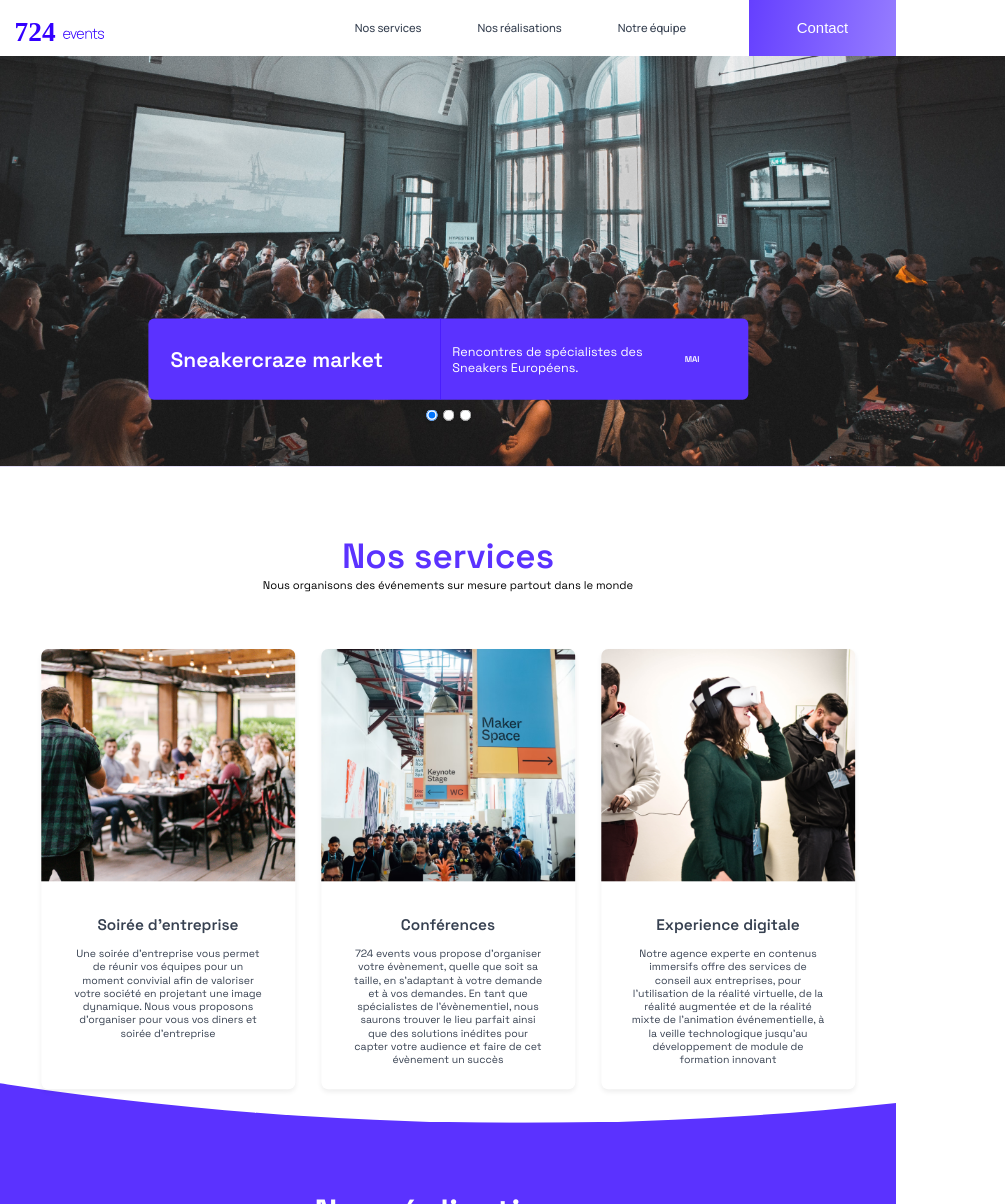
Repository: Dimple3377/Debuggez-une-application-React.JS-main
Page: /
These files come from the project's save history. The page is drawn as it stood at one moment and after the next save; the edit follows.
The browser window is 1280 px wide. The page is 1440 px wide, so the pictures cover 1440 px, including what lies to the right of the window. The pictures show the part of the page from y = 0 to 1720 px (the page is 6460 px tall), at 70% of full size.
The project was rebuilt for these pictures with package versions that can differ from the ones it lists, and the page was loaded fresh each time. Also part of the build but not shown: src/containers/Modal/style.scss, src/containers/ModalEvent/style.scss, src/containers/ModalEvent/index.js.

Above is the page before, as saved 2024-06-29 02:32:42.

### src/App.scss
@import url("https://fonts.googleapis.com/css2?family=Space+Grotesk:wght@300;400;600&display=swap");
@import url("https://fonts.googleapis.com/css2?family=Manrope:wght@200;400;500;700&family=Montserrat:wght@100;600;700&display=swap");

body {
  font-family: "Space Grotesk", sans-serif;
}
.App {
  text-align: center;
}

.App-logo {
  height: 40vmin;
  pointer-events: none;
}

@media (prefers-reduced-motion: no-preference) {
  .App-logo {
    animation: App-logo-spin infinite 20s linear;
  }
}

.App-header {
  background-color: #fff;
  min-height: 100vh;
  display: flex;
  flex-direction: column;
  align-items: center;
  justify-content: center;
  font-size: calc(10px + 2vmin);
  color: white;
}

.App-link {
  color: #61dafb;
}

@keyframes App-logo-spin {
  from {
    transform: rotate(0deg);
  }
  to {
    transform: rotate(360deg);
  }
}

.ListContainer {
  width: 90%;
  max-width: 1200px;
  display: flex;
  justify-content: space-around;
  flex-wrap: wrap;
  margin-top: 64px;
  margin-bottom: 64px;
}

### src/contexts/DataContext/index.js
import PropTypes from "prop-types";
import {
  createContext,
  useCallback,
  useContext,
  useEffect,
  useState,
} from "react";

const DataContext = createContext({});

export const api = {
  loadData: async () => {
    const json = await fetch("/events.json");
    return json.json();
  },
};

export const DataProvider = ({ children }) => {
  const [error, setError] = useState(null);
  const [data, setData] = useState(null);
  const getData = useCallback(async () => {
    try {
      setData(await api.loadData());
    } catch (err) {
      setError(err);
    }
  }, []);
  useEffect(() => {
    if (data) return;
    getData();
  });

  return (
    <DataContext.Provider
      // eslint-disable-next-line react/jsx-no-constructed-context-values
      value={{
        data,
        error,
      }}
    >
      {children}
    </DataContext.Provider>
  );
};

DataProvider.propTypes = {
  children: PropTypes.node.isRequired,
}

export const useData = () => useContext(DataContext);

export default DataContext;

### src/containers/Menu/index.js
/* eslint-disable no-return-assign */
import Button from "../../components/Button";
import Logo from "../../components/Logo";

import "./style.scss";

const Menu = () => (
  <nav>
    <Logo />
    <ul>
      <li>
        <a href="#nos-services">Nos services</a>
      </li>
      <li>
        <a href="#nos-realisations">Nos réalisations</a>
      </li>
      <li>
        <a href="#notre-equipe">Notre équipe</a>
      </li>
    </ul>
    <Button
      title="contact"
      onClick={() => (window.document.location.hash = "#contact")}
    >
      Contact
    </Button>
  </nav>
);

export default Menu;

### src/components/EventCard/index.js
import PropTypes from "prop-types";
import { getMonth } from "../../helpers/Date";

import "./style.scss";

const EventCard = ({
  imageSrc,
  imageAlt,
  date = new Date(),
  title,
  label,
  small = false,
  ...props
}) => (
  <div
    data-testid="card-testid"
    className={`EventCard${small ? " EventCard--small" : ""}`}
    {...props}
  >
    <div className="EventCard__imageContainer">
      <img data-testid="card-image-testid" src={imageSrc} alt={imageAlt} />
      <div className="EventCard__label">{label}</div>
    </div>
    <div className="EventCard__descriptionContainer">
      <div className="EventCard__title">{title}</div>
      <div className="EventCard__month">{getMonth(date)}</div>
    </div>
  </div>
);

EventCard.propTypes = {
  imageSrc: PropTypes.string.isRequired,
  imageAlt: PropTypes.string,
  date: PropTypes.instanceOf(Date).isRequired,
  title: PropTypes.string.isRequired,
  small: PropTypes.bool,
  label: PropTypes.string.isRequired,
};

EventCard.defaultProps = {
  imageAlt: "image",
  small: false,
  // Valeur par défaut pour `title`
};

export default EventCard;

### src/components/PeopleCard/index.js
import PropTypes from "prop-types";

import "./style.scss";

const PeopleCard = ({ imageSrc, imageAlt, position, name }) => (
    <div className="PeopleCard">
      <div className="PeopleCard__imageContainer">
        <img data-testid="card-image-testid" src={imageSrc} alt={imageAlt} />
      </div>
      <div className="PeopleCard__descriptionContainer">
        <div className="PeopleCard__name">{name}</div>
        <div className="PeopleCard__position">{position}</div>
      </div>
    </div>
  );

PeopleCard.propTypes = {
  imageSrc: PropTypes.string.isRequired,
  imageAlt: PropTypes.string,
  name: PropTypes.string.isRequired,
  position: PropTypes.string.isRequired,
};

PeopleCard.defaultProps = {
  imageAlt: "",
}

export default PeopleCard;

### src/pages/Home/style.scss
@import "src/colors.scss";

main {
  display: flex;
  flex-direction: column;
  align-items: center;
  background-color: $primary;
}

.ServicesContainer {
  display: flex;
  flex-direction: column;
  align-items: center;
  position: relative;
  width: 100%;
  > * {
    z-index: 1;
  }
  .ListContainer {
    width: 100%;
  }
  &::after {
    background-color: white;
    position: absolute;
    content: "";
    display: inline-block;
    width: 100%;
    height: 100%;
    bottom: 32px;
    z-index: 0;
    clip-path: ellipse(171% 100% at 58.47% 0%);
  }
}

.EventsContainer {
  background-color: $primary;
  display: flex;
  flex-direction: column;
  align-items: center;
  width: 100%;
  .Title {
    color: white;
  }
}

.PeoplesContainer {
  display: flex;
  flex-direction: column;
  align-items: center;
  flex-wrap: wrap;
  width: 100%;
  position: relative;
  > * {
    z-index: 1;
  }
  padding-bottom: 120px;
  &::after {
    background-color: white;
    position: absolute;
    content: "";
    display: inline-block;
    width: 100%;
    height: calc(100% - 32px);
    bottom: 32px;
    z-index: 0;
    clip-path: ellipse(171% 100% at 58.47% 0%);
  }
}
.FormContainer {
  display: flex;
  flex-direction: column;
  align-items: center;
  margin-bottom: 32px;
  .Title {
    color: white;
    margin-bottom: 64px;
  }
  span {
    color: white;
  }
  .Button {
    width: 207px;
    margin-top: 32px;
  }
}
.ListContainer {
  width: 90%;
  max-width: 1200px;
  display: flex;
  justify-content: space-around;
  flex-wrap: wrap;
  margin-top: 64px;
  margin-bottom: 64px;
}
.Title {
  font-size: 50px;
  font-family: "Space Grotesk", sans-serif;
  color: $primary;
  margin: 0;
  margin-top: 64px;
}
p {
  margin: 0;
}

.row {
  display: flex;
  justify-content: space-around;
}
.col {
  display: flex;
  flex-direction: column;
  margin: 16px;
}

.Pagination {
  a {
    color: white;
    text-decoration: none;
    display: inline;
    margin: 2px;
  }
  margin-bottom: 50px;
}

.SliderContainer {
  position: relative;
  display: flex;
  justify-content: center;
  top: -32px;
  background-color: white;
  width: 100%;
}

footer {
  padding: 0;
  .col {
    margin: 0;
    padding: 32px;

    &.contact {
      padding-left: 64px;
      div {
        padding-top: 16px;
      }
      address {
        padding-top: 8px;
      }

      svg {
        margin-right: 8px;
      }
    }
  }

  .presta {
    width: 35%;
    border-right: 1px solid rgba(91, 50, 255, 0.2);
  }

  .description {
    width: 45%;
    border-left: 1px solid rgba(91, 50, 255, 0.2);
    padding: 0px 64px 0px 64px;
  }

  address {
    text-decoration: none;
    text-transform: none;
    font-style: normal;
  }
}

.ModalMessage--success {
  font-family: "Manrope", sans-serif;
  padding: 32px;
  width: 600px;
  display: flex;
  justify-content: center;
  flex-direction: column;
  align-items: center;
  div {
    text-align: center;
    margin-bottom: 16px;
    font-weight: 600;
    color: $primary;
  }
  p {
    max-width: 360px;
  }
  box-shadow: 0px 4px 4px rgba(0, 0, 0, 0.05);
}

### src/containers/Slider/index.js
import { useEffect, useState } from "react";
import { useData } from "../../contexts/DataContext";
import { getMonth } from "../../helpers/Date";

import "./style.scss";

const Slider = () => {
  const { data } = useData();
  const [index, setIndex] = useState(0);
  const [isPaused, setIsPaused] = useState(false);
  const byDateDesc = [...(data?.focus || [])].sort((evtA, evtB) =>
    new Date(evtA.date) > new Date(evtB.date) ? -1 : 1
  );

  const nextCard = () => {
    if (!isPaused) {
      // Ne change l'index que si le slider n'est pas en pause
      setIndex(index + 1 < byDateDesc.length ? index + 1 : 0);
    }
  };
  // Utilisation d'un intervalle pour changer la carte toutes les 5 secondes
  useEffect(() => {
    const interval = setInterval(nextCard, 5000);
    return () => clearInterval(interval);
  }, [index, isPaused]);

  // Gestion de l'événement de la barre espace pour mettre en pause / reprendre
  useEffect(() => {
    const handleKeyPress = (event) => {
      if (event.key === " ") {
        setIsPaused((prevIsPaused) => !prevIsPaused);
      }
    };

    window.addEventListener("keydown", handleKeyPress);
    return () => {
      window.removeEventListener("keydown", handleKeyPress);
    };
  }, []);

  return (
    <div className="SlideCardList">
      {byDateDesc?.map((event, idx) => (
        <div key={event.date}>
          <div
            className={`SlideCard SlideCard--${
              index === idx ? "display" : "hide"
            }`}
          >
            <img src={event.cover} alt={event.title} />
            <div className="SlideCard__descriptionContainer">
              <div className="SlideCard__description">
                <h3>{event.title}</h3>
                <p>{event.description}</p>
                <div>{getMonth(new Date(event.date))}</div>
              </div>
            </div>
          </div>
          <div className="SlideCard__paginationContainer">
            <div className="SlideCard__pagination">
              {byDateDesc.map((_, radioIdx) => (
                <input
                  key={_.date}
                  type="radio"
                  name="radio-button"
                  checked={index === radioIdx}
                  readOnly
                />
              ))}
            </div>
          </div>
        </div>
      ))}
    </div>
  );
};

export default Slider;

### src/containers/Modal/index.js
import PropTypes from "prop-types";
import { useState } from "react";
import Icon from "../../components/Icon";
import "./style.scss";

const Modal = ({ opened, Content, children }) => {
  const [isOpened, setIsOpened] = useState(opened);
  return (
    <>
      {children({ isOpened, setIsOpened })}
      {isOpened && (
        <div className="modal">
          <div className="content">
            {Content}
            <button
              type="button"
              data-testid="close-modal"
              onClick={() => setIsOpened(false)}
            >
              <Icon name="close" />
            </button>
          </div>
        </div>
      )}
    </>
  );
};

Modal.defaultProps = {
  opened: false,
}

Modal.propTypes = {
  opened: PropTypes.bool,
  Content: PropTypes.node.isRequired,
  children: PropTypes.func.isRequired,
}

export default Modal;

### src/components/Button/index.js
import PropTypes from "prop-types";

import "./style.scss";

export const BUTTON_TYPES = {
  DEFAULT: 1,
  SUBMIT: 2,
};

const Button = ({ title, onClick, type, disabled, children }) => {
  switch (type) {
    case BUTTON_TYPES.DEFAULT:
      return (
        <button
          type="button"
          disabled={disabled}
          className="Button"
          data-testid="button-test-id"
          onClick={onClick}
          title={title}
        >
          {children}
        </button>
      );
    case BUTTON_TYPES.SUBMIT:
      return (
        <input
          disabled={disabled}
          className="Button"
          type="submit"
          data-testid="button-test-id"
          value={children}
          onClick={onClick}
          title={title}
        />
      );
    default:
      return (
        <button
          type="button"
          disabled={disabled}
          className="Button"
          data-testid="button-test-id"
          onClick={onClick}
          title={title}
        >
          {children}
        </button>
      );
  }
};

Button.propTypes = {
  title: PropTypes.string,
  onClick: PropTypes.func,
  type: PropTypes.number,
  disabled: PropTypes.bool,
  children: PropTypes.node,
};
Button.defaultProps = {
  disabled: false,
  onClick: () => null,
  type: BUTTON_TYPES.DEFAULT,
  title: "",
  children: null,
};

export default Button;

### src/helpers/Date/index.js
export const MONTHS = {
  /* décale les indices pour qu'ils correspondent à la valeur retournée par date.getMonth(). */
  0: "janvier",
  1: "février",
  2: "mars",
  3: "avril",
  4: "mai",
  5: "juin",
  6: "juillet",
  7: "août",
  8: "septembre",
  9: "octobre",
  10: "novembre",
  11: "décembre",
};

export const getMonth = (date) => MONTHS[date.getMonth()];

### src/components/EventCard/style.scss
@import "src/colors.scss";

.EventCard {
  position: relative;
  width: 363px;
  height: 336px;
  cursor: pointer;
  &--small {
    width: 274px;
    height: 190px;
    .EventCard__imageContainer {
      height: 126px;
      min-height: auto;
      overflow: hidden;
    }
    .EventCard__descriptionContainer {
      padding: 0;
      padding-top: 12px;
      font-size: 12px;
    }
    .EventCard__month {
      margin-top: 0;
      font-size: 8px;
    }
    .EventCard__label {
      font-size: 8px;
      width: 75px;
      height: 21px;
    }
  }
  background: #ffffff;
  box-shadow: 0px 4px 14px rgba(0, 0, 0, 0.12);
  border-radius: 10px 10px 0 0;
  overflow: hidden;
  margin: 16px;
  align-items: center;
  display: flex;
  flex-direction: column;
  &__label {
    position: absolute;
    right: 0;
    top: 0;
    background-color: $primary;
    font-size: 10px;
    width: 99px;
    height: 28px;
    display: flex;
    align-items: center;
    justify-content: center;
    color: white;
  }
  &__imageContainer {
    min-height: 252px;
    overflow: hidden;
  }
  &__descriptionContainer {
    color: $black;
    font-size: 15px;
    display: flex;
    flex-direction: column;
    align-items: flex-start;
    font-weight: 400;
    padding: 30px;
    width: 80%;
  }
  &__title {
    font-size: 16px;
    text-transform: capitalize;
  }
  &__month {
    text-transform: uppercase;
    font-size: 10px;
    font-weight: bold;
    margin-top: 8px;
  }
}

### src/components/PeopleCard/style.scss
@import "src/colors.scss";

.PeopleCard {
  position: relative;
  width: 288px;
  height: 438px;
  background: #ffffff;
  border-radius: 144px 144px 0 0;
  overflow: hidden;
  margin: 16px;
  align-items: center;
  display: flex;
  flex-direction: column;
  font-family: "Manrope", sans-serif;
  margin-bottom: 32px;
  &__imageContainer {
    min-height: 252px;
    overflow: hidden;
  }
  &__descriptionContainer {
    color: $black;
    font-size: 15px;
    display: flex;
    flex-direction: column;
    align-items: center;
    font-weight: 400;
    width: 80%;
  }
  &__name {
    font-size: 20px;
    font-weight: 500;
    text-transform: capitalize;
  }
  &__position {
    text-transform: capitalize;
    font-size: 20px;
    font-weight: bold;
    color: $primary;
  }
}

### src/containers/Slider/style.scss
@import "src/colors.scss";

.SlideCardList {
  position: relative;
  width: 100%;
  max-width: 1440px;
  height: 586px;
  .SlideCard {
    width: 100%;
    left: 0;
    top: 0;
    position: absolute;
    transition: opacity 1s;
    &--hide {
      opacity: 0;
    }
    &--display {
      animation: slide 1s forwards;
    }
    &__descriptionContainer {
      position: absolute;
      left: 0;
      bottom: 100px;
      display: flex;
      justify-content: center;
      width: 100%;
    }
    &__paginationContainer {
      position: absolute;
      left: 0;
      bottom: 60px;
      display: flex;
      justify-content: center;
      width: 100%;
      input {
        width: 16px;
        height: 16px;
        min-width: 0;
        color: $primary;
      }
    }
    &__description {
      left: 0;
      bottom: 50px;
      width: 857px;
      background-color: $primary;
      color: white;
      border-radius: 8px;
      display: flex;
      font-family: "Space Grotesk", sans-serif;
      h3 {
        width: 45%;
        border-right: 1px solid #4314ff;
        padding-left: 32px;
        min-height: 116px;
        font-size: 30px;
        display: flex;
        align-items: center;
        margin: 0;
      }
      p {
        width: 35%;
        display: flex;
        align-items: center;
        padding: 16px;
        font-size: 18px;
      }
      div {
        width: 5%;
        display: flex;
        align-items: center;
        padding: 16px;
        font-size: 12px;
        text-transform: uppercase;
        font-weight: bold;
      }
    }
  }
}

@keyframes slide {
  0% {
    transform: translateX(100%);
  }
  100% {
    transform: translateX(0%);
  }
}

### src/components/Field/index.js
import PropTypes from "prop-types";

import "./style.scss";

export const FIELD_TYPES = {
  INPUT_TEXT: 1,
  TEXTAREA: 2,
};

const Field = ({ type = FIELD_TYPES.INPUT_TEXT, label, name, placeholder }) => {
  let component;
  switch (type) {
    case FIELD_TYPES.INPUT_TEXT:
      component = (
        <input
          type="text"
          name={name}
          placeholder={placeholder}
          data-testid="field-testid"
        />
      );
      break;
    case FIELD_TYPES.TEXTAREA:
      component = <textarea name={name} data-testid="field-testid" />;
      break;
    default:
      component = (
        <input
          type="text"
          name={name}
          placeholder={placeholder}
          data-testid="field-testid"
        />
      );
  }
  return (
    <div className="inputField">
      <span>{label}</span>
      {component}
    </div>
  );
};

Field.propTypes = {
  type: PropTypes.oneOf(Object.values(FIELD_TYPES)),
  name: PropTypes.string,
  label: PropTypes.string,
  placeholder: PropTypes.string,
};
 Field.defaultProps = {
   label: "",
   placeholder: "",
   type: FIELD_TYPES.INPUT_TEXT,
   name: "field-name",
 }

export default Field;

### src/components/Select/style.scss
.SelectContainer {
  width: 308px;
  min-height: 86px;
  position: relative;
  margin-left: 8px;
  .label {
    color: white;
    margin-bottom: 4px;
    margin-top: 4px;
  }
  &.large {
    width: 424px;
    .Select {
      width: 442px;
      ul {
        width: 442px;
      }
    }
  }
  margin-bottom: 16px;
}
.Select {
  background-color: white;
  border-radius: 4px;
  box-shadow: 0px 4px 4px rgba(0, 0, 0, 0.05);
  width: 308px;
  min-height: 60px;
  display: flex;
  position: absolute;
  z-index: 1;
  ul {
    position: relative;
    list-style: none;
    width: 300px;
    padding: 0;
    padding-left: 16px;
    li {
      display: flex;
      align-items: center;
      list-style: none;
      min-height: 32px;
      margin: 0;
      text-transform: capitalize;
    }
  }
  input {
    width: 16px;
    height: 16px;
    min-width: 16px;
    margin-right: 16px;
  }
  button {
    border: none;
    background: none;
    height: 32px;
    margin-top: 16px;
    margin-right: 8px;
    &.close {
      transform: rotate(180deg);
    }
  }
  .SelectTitle {
    &--show {
      display: flex;
    }
    &--hide {
      color: white;
    }
  }
}

### src/components/Field/style.scss
@import "src/colors.scss";

.inputField {
  display: flex;
  flex-direction: column;
  color: $black;
  align-items: flex-start;
  margin: 8px;
  span {
    font-size: 12pt;
    margin-bottom: 4px;
  }
}
input {
  height: 60px;
  min-width: 424px;
  font-size: 16px;
  text-transform: capitalize;
  padding-left: 16px;
  border-radius: 4px;
  border: none;
  box-shadow: 0px 4px 4px rgba(0, 0, 0, 0.05);
  color: $black;
  &:focus {
    color: $primary;
  }

  font-family: "Manrope", sans-serif;
}
textarea {
  height: 336px;
  min-width: 424px;
  font-size: 16px;
  padding: 16px;
  border-radius: 4px;
  border: none;
  box-shadow: 0px 4px 4px rgba(0, 0, 0, 0.05);
  color: $black;
  &:focus {
    color: $primary;
  }

  font-family: "Manrope", sans-serif;
}

Loaded but not shown: public/index.html (common file); src/index.js (common file); src/index.css (common file); src/App.js (common file); src/reportWebVitals.js (common file); src/components/ServiceCard/index.js (common file); src/containers/Menu/style.scss (common file); src/components/ServiceCard/style.scss (common file); src/colors.scss (common file); src/containers/Events/style.css (common file); src/components/Logo/style.scss (common file); src/components/Button/style.scss (common file); public/events.json (common file); src/components/Logo/index.js (152 lines, source omitted); src/pages/Home/index.js (169 lines, source omitted); src/components/Icon/index.js (104 lines, source omitted); src/components/Select/index.js (103 lines, source omitted); src/containers/Events/index.js (77 lines, source omitted); src/containers/Form/index.js (71 lines, source omitted)

After the next save:
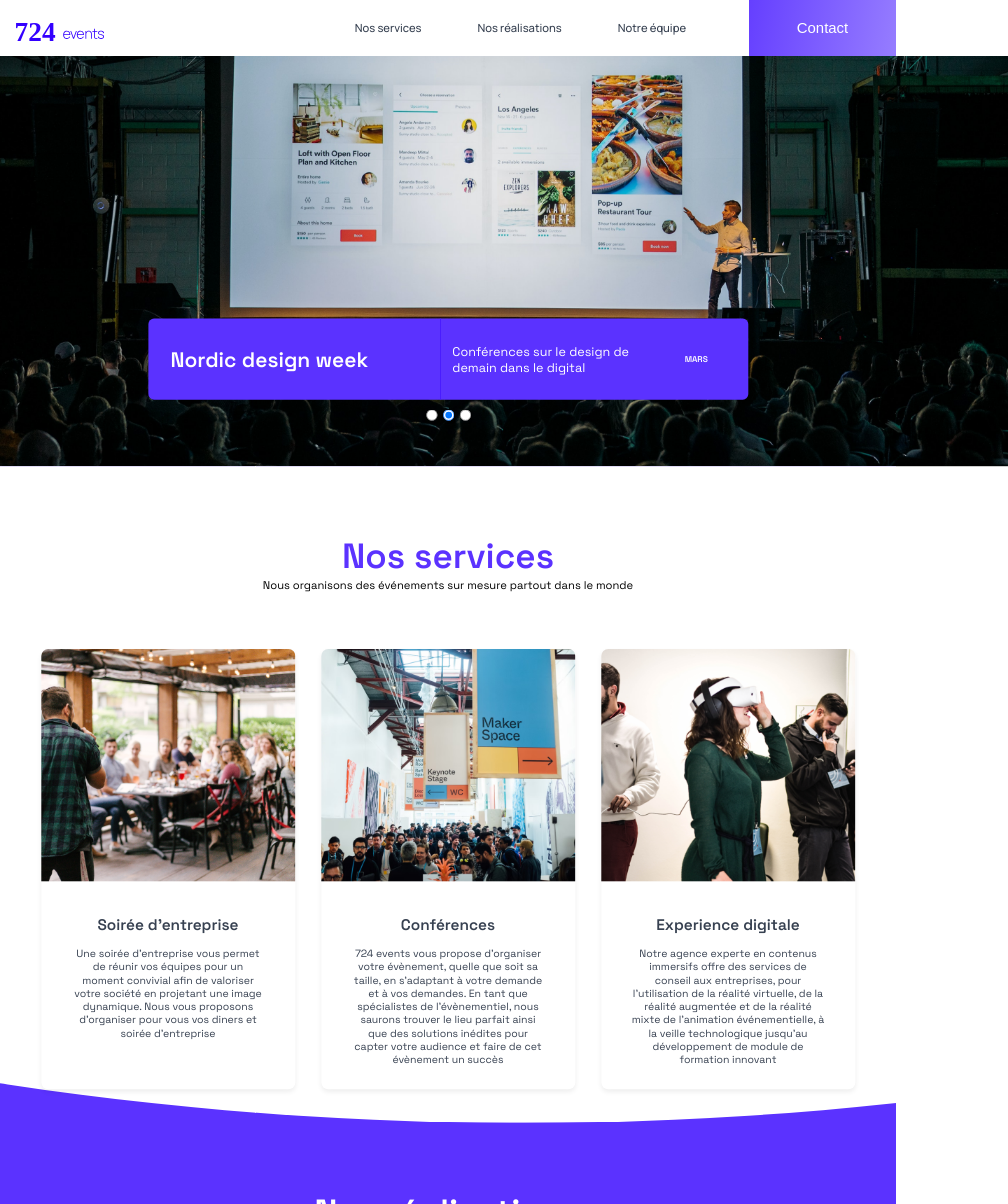
Saved 81 s later.
--- a/src/containers/Slider/index.js
+++ b/src/containers/Slider/index.js
@@ -8,21 +8,29 @@ const Slider = () => {
   const { data } = useData();
   const [index, setIndex] = useState(0);
   const [isPaused, setIsPaused] = useState(false);
+
+  // Trier les événements par date décroissante
   const byDateDesc = [...(data?.focus || [])].sort((evtA, evtB) =>
     new Date(evtA.date) > new Date(evtB.date) ? -1 : 1
   );
 
+  // Passer à la carte suivante
   const nextCard = () => {
-    if (!isPaused) {
-      // Ne change l'index que si le slider n'est pas en pause
-      setIndex(index + 1 < byDateDesc.length ? index + 1 : 0);
-    }
+    setIndex((prevIndex) =>
+      prevIndex + 1 < byDateDesc.length ? prevIndex + 1 : 0
+    );
   };
+
   // Utilisation d'un intervalle pour changer la carte toutes les 5 secondes
   useEffect(() => {
-    const interval = setInterval(nextCard, 5000);
+    const interval = setInterval(() => {
+      if (!isPaused) {
+        nextCard();
+      }
+    }, 5000);
+
     return () => clearInterval(interval);
-  }, [index, isPaused]);
+  }, [isPaused, byDateDesc.length]);
 
   // Gestion de l'événement de la barre espace pour mettre en pause / reprendre
   useEffect(() => {
@@ -38,9 +46,14 @@ const Slider = () => {
     };
   }, []);
 
+  // Assurez-vous que les données sont chargées avant de rendre le slider
+  if (!data || !data.focus) {
+    return null;
+  }
+
   return (
     <div className="SlideCardList">
-      {byDateDesc?.map((event, idx) => (
+      {byDateDesc.map((event, idx) => (
         <div key={event.date}>
           <div
             className={`SlideCard SlideCard--${
@@ -56,21 +69,21 @@ const Slider = () => {
               </div>
             </div>
           </div>
-          <div className="SlideCard__paginationContainer">
-            <div className="SlideCard__pagination">
-              {byDateDesc.map((_, radioIdx) => (
-                <input
-                  key={_.date}
-                  type="radio"
-                  name="radio-button"
-                  checked={index === radioIdx}
-                  readOnly
-                />
-              ))}
-            </div>
-          </div>
         </div>
       ))}
+      <div className="SlideCard__paginationContainer">
+        <div className="SlideCard__pagination">
+          {byDateDesc.map((_, radioIdx) => (
+            <input
+              key={_.date}
+              type="radio"
+              name="radio-button"
+              checked={index === radioIdx}
+              readOnly
+            />
+          ))}
+        </div>
+      </div>
     </div>
   );
 };
